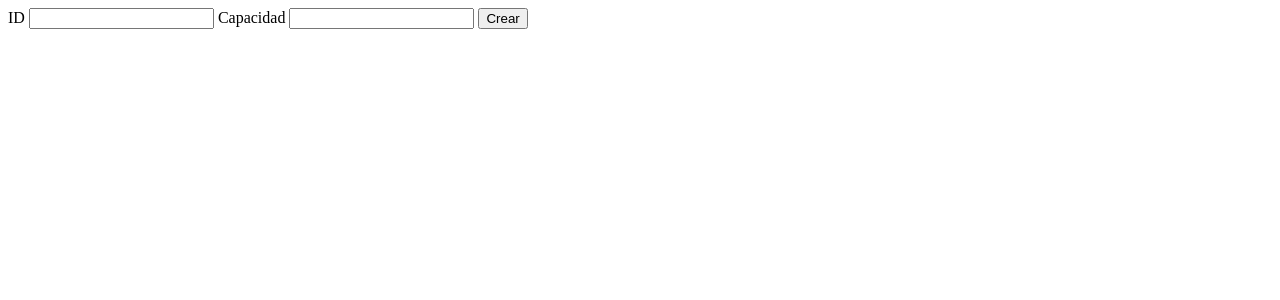
Repository: Robin-Rivadeneira/prueva_pablo
Page: index.html
An editor plug-in stored every save of this project. The page is shown before and after the next save, followed by the edit.
The browser window is 1280 px wide. The pictures show the whole page.

Above is the page before, as saved 2020-01-16 20:24:25.
Not found: estilo.css

### index.html
<!DOCTYPE html>
<html lang="en">
<head>
    <meta charset="UTF-8">
    <meta name="viewport" content="width=device-width, initial-scale=1.0">
    <meta http-equiv="X-UA-Compatible" content="ie=edge">
    <LINK REL=StyleSheet HREF="estilo.css" TYPE="text/css" MEDIA=screen>
    <title> Motobombas</title>
</head>
<body>
    <div>
        <label>ID</label>
        <input type="number" id="id">
        <label>Capacidad</label>
        <input type="number" id="capacidad" >
        <button type="button" onclick="moto.guardar()">Crear</button>
    </div>
    <br>
    <div id="img">

    </div>
    <br>
    <div id="estado">

    </div>
    <br>
    <div id="pintar">
    </div>
</body>
<script src="/js/Motobomba.js"></script>
<script src="/js/Bombero.js"></script>
</html>

### js/Motobomba.js
class Motobomba {
    constructor(id, capacidad, estado = false) {
        this.id = id;
        this.capacidad = capacidad;
        this.estado = estado;
    }
    prender() {
        this.estado = true;
    }
    apagar() {
        this.estado = false;
    }
    getEstado() {
        return this.estado;
    }
    toString() {
        if (this.estado == true) {
            document.getElementById('estado').innerHTML='<img src="img/verde.jpg" windth="130px" height="100px">'
            var parrafo=document.createElement('p')
            parrafo.innerHTML = 'esta prendido'
            document.body.appendChild(parrafo)
            moto.apagar()
            document.getElementById("boton").innerHTML="prendido"

        }
        else if(this.estado == false) {
            document.getElementById('estado').innerHTML='<img src="img/rojo.jpg" windth="130px" height="100px">'
            var parrafo=document.createElement('p')
            parrafo.innerHTML = 'esta apagado'
            document.body.appendChild(parrafo)
            moto.prender()
            document.getElementById("boton").innerHTML="apagdo"
        }
    }
    guardar(){
        var recu= document.getElementById('id').value;
        var recu1=document.getElementById('capacidad').value;
        this.id=recu
        this.capacidad=recu1
        console.log(this.id)
        console.log(this.capacidad)
        document.getElementById('img').innerHTML='<img src="img/camion.jpg" windth="130px" height="100px">'
        document.getElementById('pintar').innerHTML='<button type="button" id="boton" onclick="moto.toString()">ESTADO</button>'
    }
}



let moto = new Motobomba()

### js/Bombero.js
class Bombero{
    constructor(nombre){
        this.nombre=nombre;
    }
    addHabilidad(){
        let habilidades=[];
        habilidades.push(this.nombre)
    }
}

### css/bomberos.css
body{
    background-color: rgb(16, 17, 17);
}

After the next save:
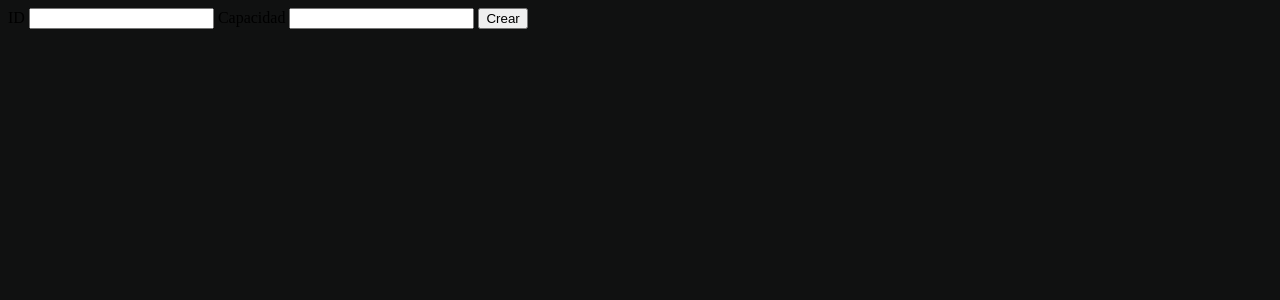
Saved 6 s later.
--- a/index.html
+++ b/index.html
@@ -4,7 +4,7 @@
     <meta charset="UTF-8">
     <meta name="viewport" content="width=device-width, initial-scale=1.0">
     <meta http-equiv="X-UA-Compatible" content="ie=edge">
-    <LINK REL=StyleSheet HREF="estilo.css" TYPE="text/css" MEDIA=screen>
+    <LINK REL=StyleSheet HREF="/css/bomberos.css" TYPE="text/css" MEDIA=screen>
     <title> Motobombas</title>
 </head>
 <body>
